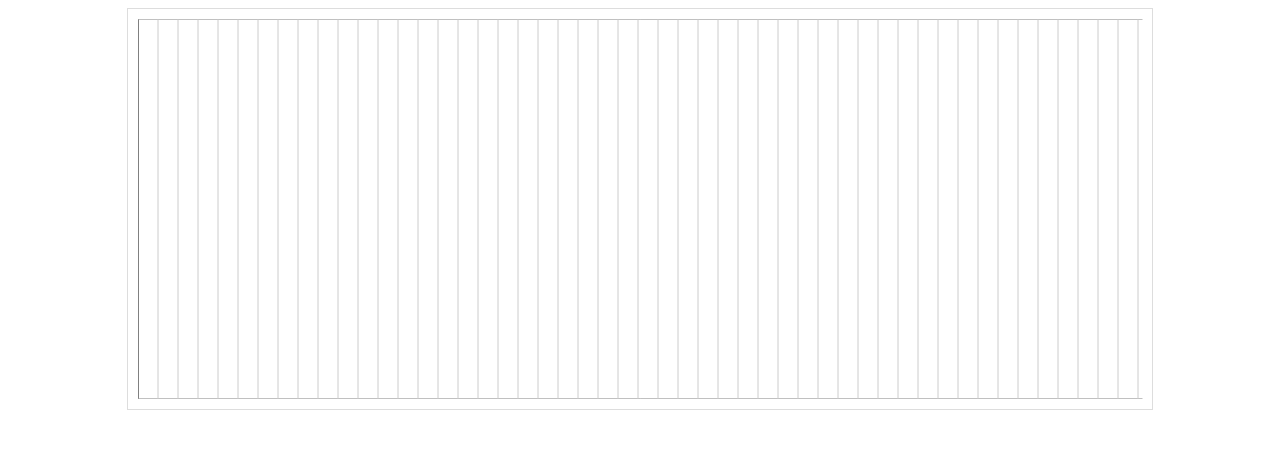
Repository: cw19931024/Demo
Page: canvas.html
These files come from the project's save history. The page is drawn as it stood at one moment and after the next save; the edit follows.
The browser window is 1280 px wide. The pictures show the whole page.

Above is the page before, as saved 2017-07-26 18:06:02.

After the next save:
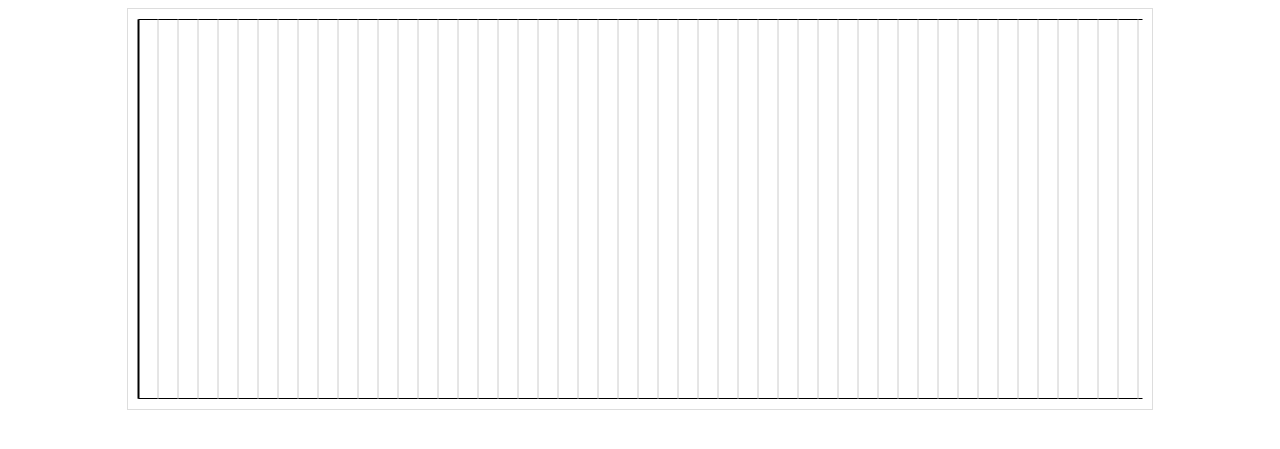
Saved 11 s later.
--- a/canvas.html
+++ b/canvas.html
@@ -33,7 +33,7 @@
 
     //y轴线
     context.beginPath();
-    context.lineWidth =0.5;
+    context.lineWidth =2;
     context.moveTo(padding + 0.5, height - padding - 10);
     context.lineTo(padding + 0.5, padding + 10);
     context.stroke();
